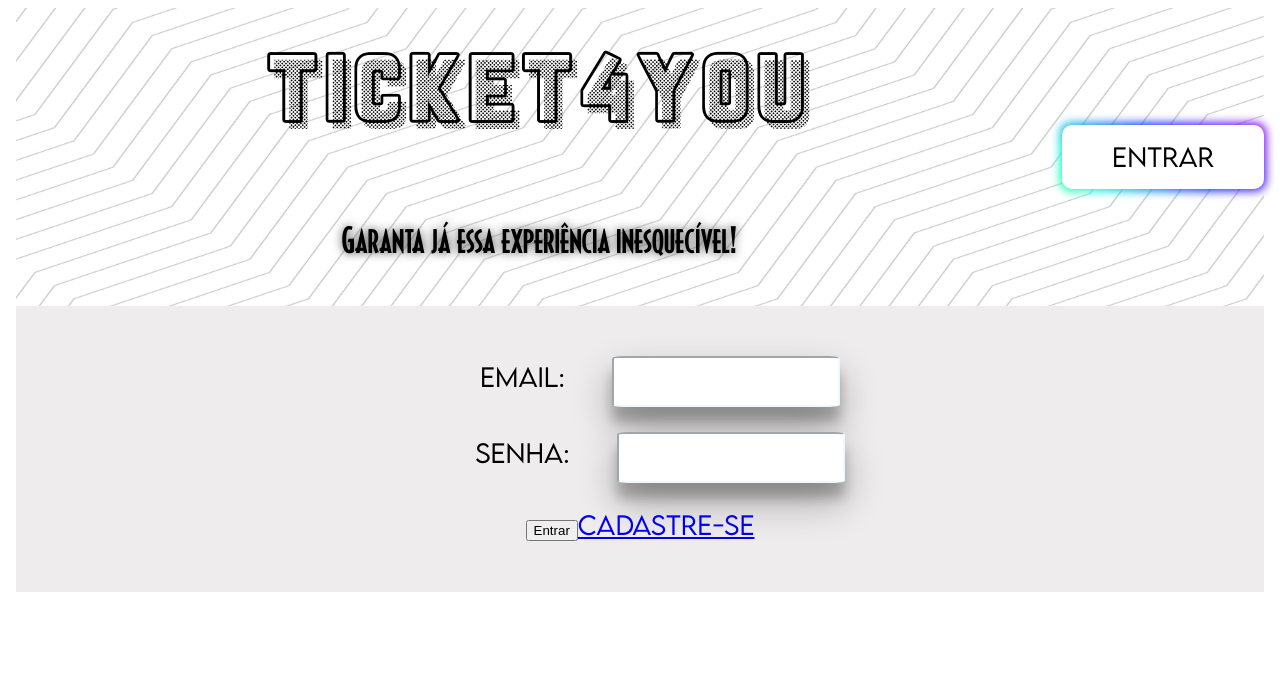
Repository: hellengurgaczz/projeto-DSA
Page: /login
The author's editor kept a copy of each file at every save. The page is drawn from the files as they stood at one save, then again after the next save.
The browser window is 1280 px wide. The pictures show the whole page.
The project was rebuilt for these pictures with package versions that can differ from the ones it lists, and the page was loaded fresh each time. Also part of the build but not shown: angular.json, src/app/ingressos/templates/cadastrar/cadastrar.component.ts, src/app/models/ingresso.model.ts, src/app/services/ingresso.service.ts, src/app/compra/comprar-ingresso/comprar-ingresso.component.ts, src/app/models/compra.model.ts, src/app/services/compra.service.ts, src/app/ingressos/templates/deletar/deletar.component.ts and 3 more.

Above is the page before, as saved 2022-05-10 12:39:26.

After the next save:
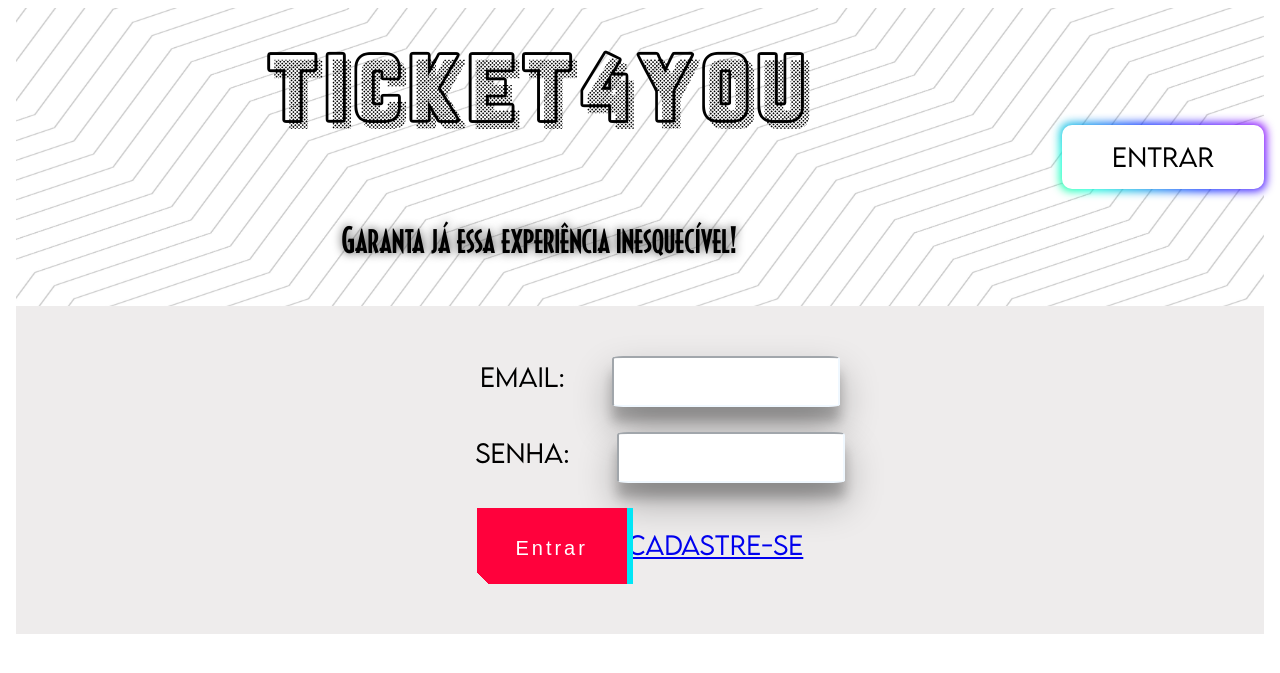
Saved 8 s later.
--- a/src/app/login/login.component.css
+++ b/src/app/login/login.component.css
@@ -31,7 +31,21 @@
 }
 
 button, button::after{
-
+  width: 150px;
+  height: 76px;
+  line-height: 78px;
+  font-size: 20px;
+  font-family: 'Bebas Neue', sans-serif;
+  background: linear-gradient(45deg, transparent 5%, #FF013C 5%);
+  border: 0;
+  color: #fff;
+  letter-spacing: 3px;
+  box-shadow: 6px 0px 0px #00E6F6;
+  outline: transparent;
+  position: relative;
+  user-select: none;
+  -webkit-user-select: none;
+  touch-action: manipulation;
 }
 
 
